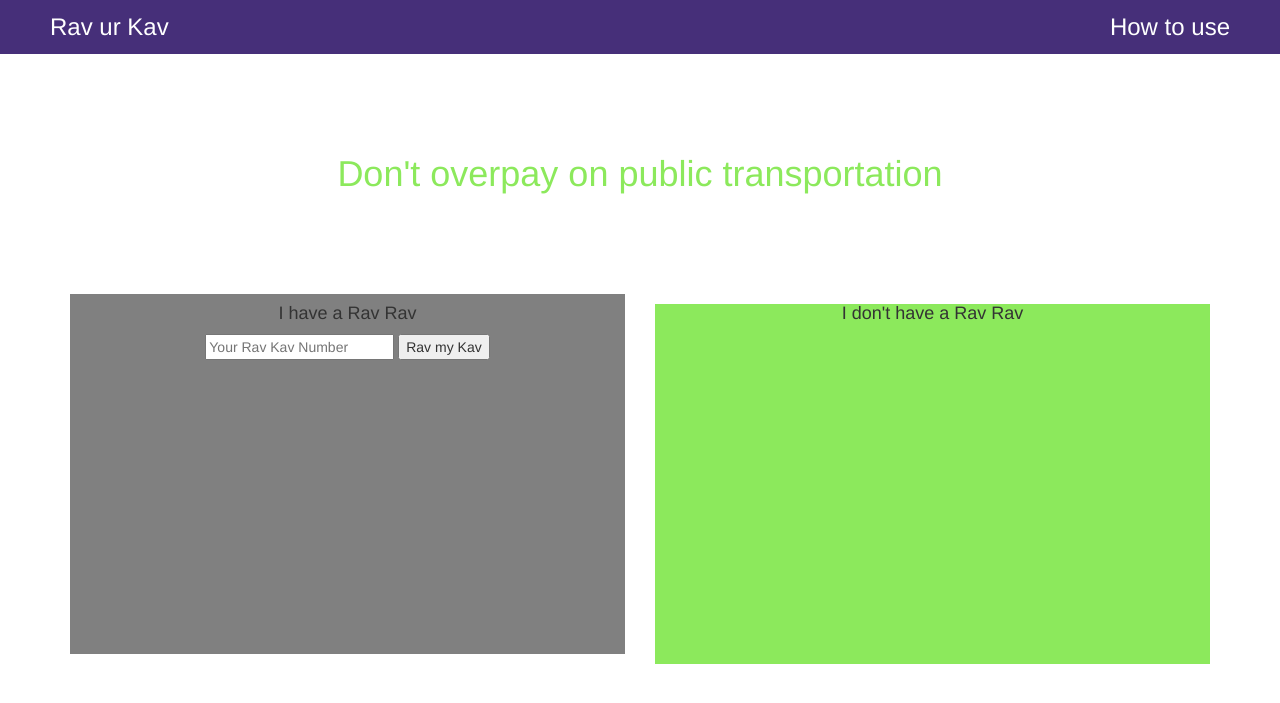
Repository: Louhla/Rav-ur-Kav
Page: index.html
An editor plug-in stored every save of this project. The page is shown before and after the next save, followed by the edit.
The browser window is 1280 px wide. The pictures show the whole page.

Above is the page before, as saved 2019-07-17 14:29:50.

After the next save:
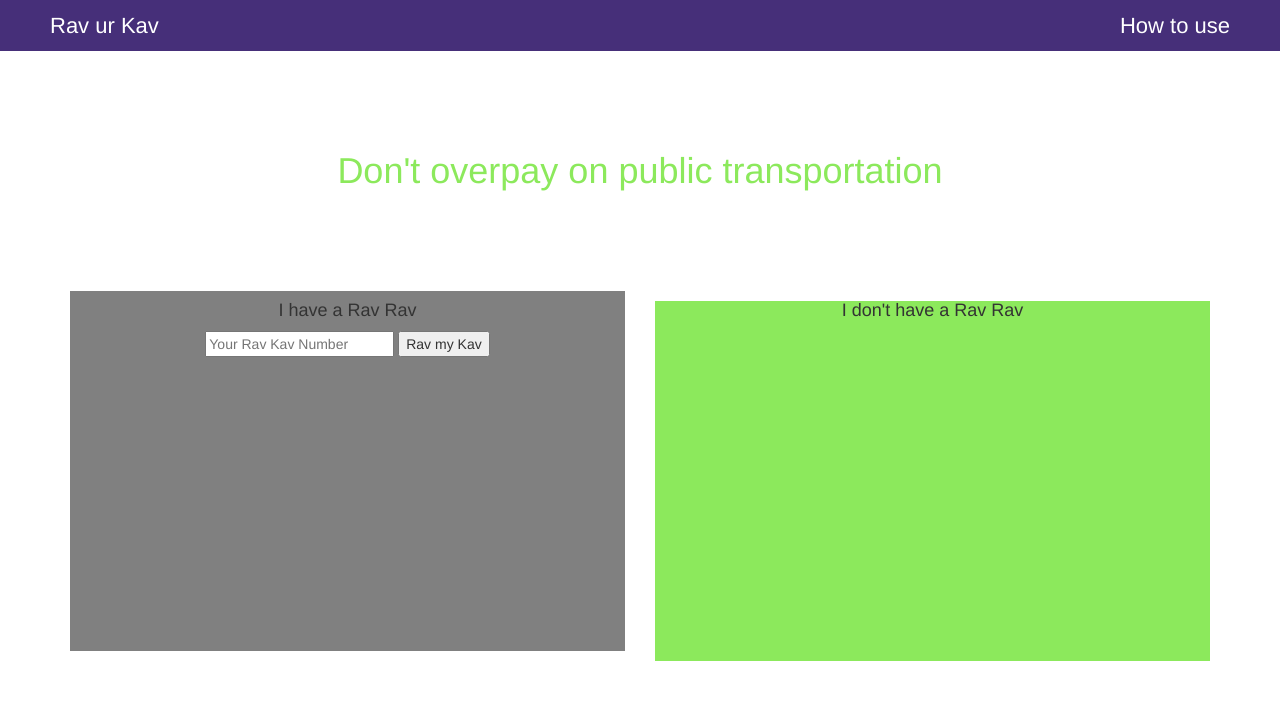
Saved 13 s later.
--- a/css/rav-ur-kav.css
+++ b/css/rav-ur-kav.css
@@ -9,7 +9,7 @@ heading{
     box-shadow: 5px;
     background-color: #462F79;
     color: white;
-    font-size: 24px;
+    font-size: 22px;
 }
 .logo{
     margin: 10px 0px 10px 50px;
